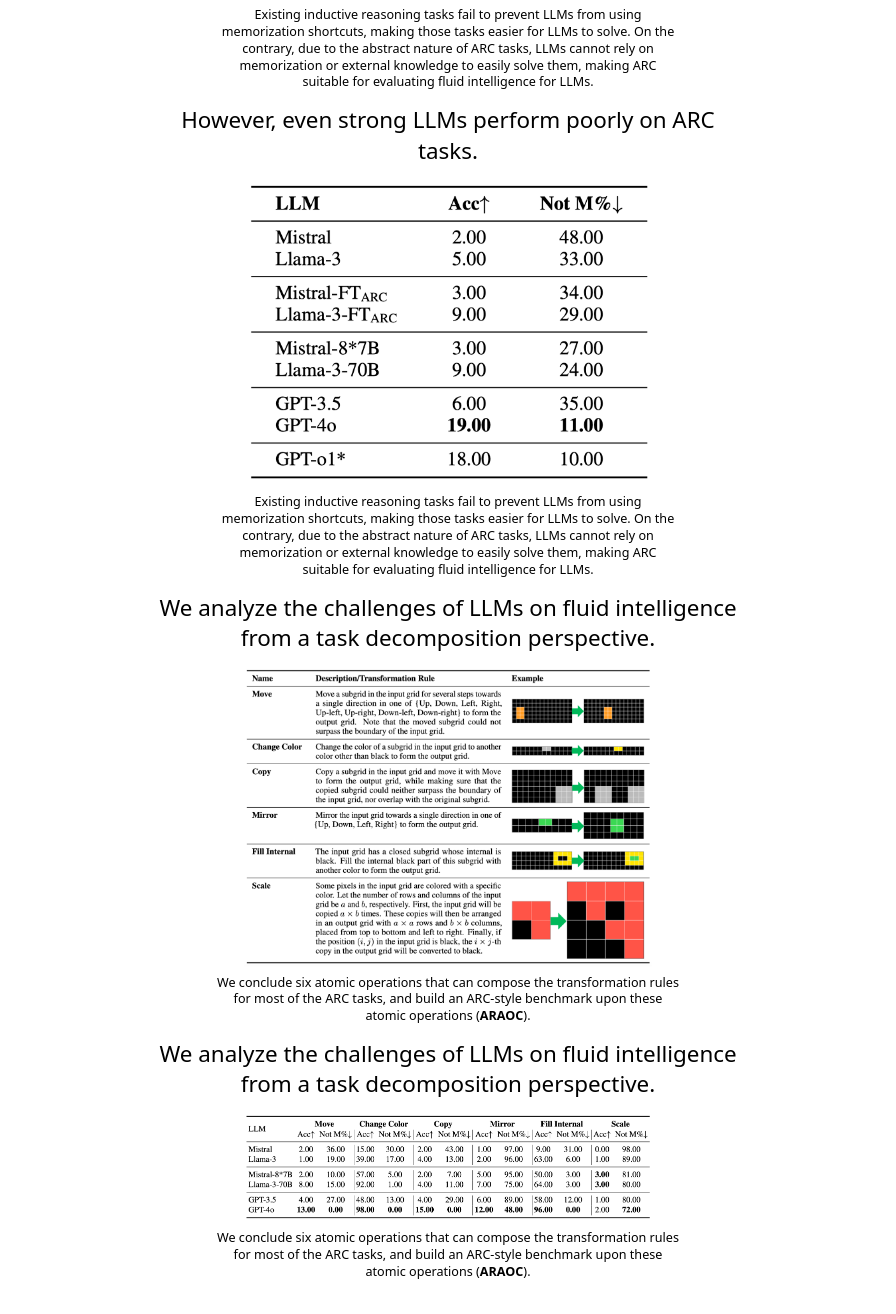
Repository: wujunjie1998/araoc-benchmark.github.io
Page: index.html
An editor plug-in stored every save of this project. The page is shown before and after the next save, followed by the edit.
The browser window is 1280 px wide. The pictures show the part of the page from y = 1129 to 3049 px (the page is 3006 px tall before and 3049 px after), at 70% of full size.

Above is the page before, as saved 2025-02-07 22:22:33.

### index.html
<html>
  <head>
    <title>
      Understanding LLMs’ Fluid Intelligence Deficiency: An Analysis of the ARC Task
    </title>
    <link
      rel="icon"
      href="data:[embedded picture, 137 characters]"
    />
    <meta charset="UTF-8" />
    <meta name="viewport" content="width=device-width, initial-scale=1" />
    <link rel="stylesheet" href="./css/index.css" />
  </head>

  <body>
    <div class="header">
      <div class="paper-title">
        Understanding LLMs’ Fluid Intelligence Deficiency:
        <br />
        An Analysis of the ARC Task
      </div>
      <div>
        <!-- * Paper -->
        <span class="link-block">
          <a target="_blank" href="./paper.pdf"
            ><img
              class="badge"
              src="https://img.shields.io/badge/Paper-PDF-red?&labelColor=lightgray&logo=arxiv&logoColor=brown" /><img
          /></a>
        </span>
        <!-- * Dataset -->
        <!--
        <span class="link-block">
          <a
            target="_blank"
            href="https://huggingface.co/datasets/ShunchiZhang/PhysiCo/"
            ><img
              class="badge"
              src="https://img.shields.io/badge/HuggingFace-Dataset-yellow?labelColor=lightgray&logo=huggingface" /><img
          /></a>
        </span>
        -->

        <!-- * Code -->
         <!--
        <span class="link-block">
          <a target="_blank" href="https://github.com/physico-benchmark/physico"
            ><img
              class="badge"
              src="https://img.shields.io/badge/GitHub-Code-gray?labelColor=lightgray&logo=github&logoColor=gray" /><img /></a
        ></span>
        -->
        <!-- * Leaderboard -->
        <!--
        <span class="link-block">
          <a href="./leaderboard.html"
            ><img
              class="badge"
              src="https://img.shields.io/badge/Leaderboard-Visit-blue?labelColor=lightgray&logo=stackblitz&logoColor=367BAF" /><img /></a
        ></span>
        -->
        <!-- * X Threads -->
        <!--
        <span class="link-block">
          <a href="https://x.com/jieeijjie/status/1876713099752861782"
            ><img
              class="badge"
              src="https://img.shields.io/badge/Threads-black?labelColor=lightgray&logo=x&logoColor=gray" /><img /></a
        ></span>
        -->

      </div>
      <div>
        <div class="author-list">
          <span class="author-block"
            ><a href="https://wujunjie1998.github.io/">Junjie Wu</a
            ><sup>1</sup></span
          >
          <span class="author-block"
            ><a href="https://sites.google.com/site/moyunlp/">Mo Yu</a
            ><sup>2</sup></span
          >
          <span class="author-block"
            ><a href="https://lemaoliu.github.io">Lemao Liu</a
            ><sup>2</sup></span
          >
          <span class="author-block"
            ><a href="https://sites.google.com/view/dyyeung">Dit-Yan Yeung</a
            ><sup>1</sup></span
          >
          <span class="author-block"
            ><a href="https://openreview.net/profile?id=~Jie_Zhou8">Jie Zhou</a
            ><sup>2</sup></span
          >
        </div>
        <div class="inst-list">
          <span class="institution-block"><sup>1</sup> Hong Kong University of Science and Technology</span>
          <span class="institution-block"><sup>2</sup> WeChat AI</span>
        </div>
      </div>
    </div>
    <!--
    <div class="teaser">
      <center>
        <img src="./img/teaser.png" />
        <figcaption>
          Illustration of a "Stochastic Parrot 🦜" by our
          <span class="dataset-name">PhysiCo</span> task consisting of both
          <b style="color: #a47b48">low-level</b> and
          <b style="color: #153cf9">high-level</b> subtasks in parallel. For a
          concept <i>Gravity</i>, an LLM can generate its accurate description
          in natural language, but cannot interpret its grid-format
          illustration.
        </figcaption>
      </center>
    </div>
  -->
    <hr />

    <!-- ^ Summary of Our Research -->
    <center><h1>Summary of Our Research</h1></center>
    <div class="content">
      <!-- <p style="font-size: large; text-align: center">
        <b>TL;DR:</b>
      </p> -->
      <p>
        While LLMs have exhibited strong performance on various NLP tasks, it is noteworthy that most of these tasks rely on utilizing the vast amount of knowledge encoded in LLMs’ parameters, rather than solving new problems without prior knowledge. In cognitive research, the latter ability is referred to as <strong>fluid intelligence</strong>, which is considered to be critical for assessing human intelligence. Recent research on fluid intelligence assessments has highlighted significant deficiencies in LLMs’ abilities. In this paper, we analyze the challenges LLMs face in demonstrating fluid intelligence through controlled experiments, using the most representative ARC task as an example. Our study revealed three major limitations in existing LLMs:
      </p>
      <ol>
        <li>limited ability for skill composition;</li>
        <li>
          unfamiliarity with abstract input formats;
        </li>
        <li>
          the intrinsic deficiency of left-to-right decoding.
        </li>
      </ol>
    </div>


    <!-- ^ Our Studies and Findings -->
    <center><h1>The Abstraction and Reasoning Challenge (ARC) is suitable for evaluating fluid intelligence for LLMs.</h1></center>
    <div class="content">
      <!-- <p>Foo Bar</p> -->
      <center>
        <img src="./img/fluid1.png" width="70%" />
        <figcaption style="text-align: center">
          Existing inductive reasoning tasks fail to prevent LLMs from using memorization shortcuts, making those tasks easier for LLMs to solve. On the contrary, due to the abstract nature of ARC tasks, LLMs cannot rely on memorization or external knowledge to easily solve them, making ARC suitable for evaluating fluid intelligence for LLMs.
        </figcaption>
      </center>
    </div>


    <!-- ^ Our Studies and Findings -->
    <center><h1>However, even strong LLMs perform poorly on ARC tasks.</h1></center>
    <div class="content">
      <!-- <p>Foo Bar</p> -->
      <center>
        <img src="./img/fluid2.png" width="70%" />
        <figcaption style="text-align: center">
          Existing inductive reasoning tasks fail to prevent LLMs from using memorization shortcuts, making those tasks easier for LLMs to solve. On the contrary, due to the abstract nature of ARC tasks, LLMs cannot rely on memorization or external knowledge to easily solve them, making ARC suitable for evaluating fluid intelligence for LLMs.
        </figcaption>
      </center>
    </div>

    <!-- ^ Our Studies and Findings -->
    <center><h1>We analyze the challenges of LLMs on fluid intelligence from a task decomposition perspective. </h1></center>
    <div class="content">
      <!-- <p>Foo Bar</p> -->
      <center>
        <img src="./img/fluid3.png" width="70%" />
        <figcaption style="text-align: center">
          We conclude six atomic operations that can compose the transformation rules for most of the ARC tasks, and build an ARC-style benchmark upon these atomic operations (<strong>ARAOC</strong>).
        </figcaption>
      </center>
    </div>

    <!-- ^ Our Studies and Findings -->
    <center><h1>We analyze the challenges of LLMs on fluid intelligence from a task decomposition perspective. </h1></center>
    <div class="content">
      <!-- <p>Foo Bar</p> -->
      <center>
        <img src="./img/fluid4.png" width="70%" />
        <figcaption style="text-align: center">
          We conclude six atomic operations that can compose the transformation rules for most of the ARC tasks, and build an ARC-style benchmark upon these atomic operations (<strong>ARAOC</strong>).
        </figcaption>
      </center>
    </div>

  </body>
</html>

### css/index.css
@import url("https://fonts.googleapis.com/css2?family=Noto+Sans:ital,wght@0,100..900;1,100..900&display=swap");

body {
  font-family: "Noto Sans", sans-serif;
  font-optical-sizing: auto;
  font-style: normal;
  font-variation-settings: "wdth" 100;
  font-weight: 400;
  font-size: 18px;
  margin: 50px auto;
  width: 65%;
}

div.header,
div.teaser,
div.content {
  margin-left: auto;
  margin-right: auto;
}

div.narrower {
  width: 80% !important;
}

div.header div {
  margin: 6px;
  text-align: center;
}

div.teaser img {
  max-width: 60%;
}

.paper-title {
  font-size: 36px;
}

.author-block {
  font-size: 20px;
  margin: 0px 12px;
}

.institution-block {
  font-size: 16px;
  margin: 0px 10px;
}

.note-block {
  color: gray;
  font-size: 16px;
}

.link-block {
  font-size: 24px;
  font-weight: bold;
  margin: 0px 5px;
}

.badge {
  width: auto;
  height: 2vw;
}

.dataset-name {
  font-weight: bold;
  color: #81a526;
}

h1 {
  font-size: 32px;
  font-weight: 300;
}

.disclaimerbox {
  background-color: #eee;
  border: 1px solid #eeeeee;
  border-radius: 10px;
  -moz-border-radius: 10px;
  -webkit-border-radius: 10px;
  padding: 20px;
}

video.header-vid {
  height: 140px;
  border: 1px solid black;
  border-radius: 10px;
  -moz-border-radius: 10px;
  -webkit-border-radius: 10px;
}

figcaption {
  margin: 10px 0px;
  width: 80%;
  text-align: left;
}

img.header-img {
  height: 140px;
  border: 1px solid black;
  border-radius: 10px;
  -moz-border-radius: 10px;
  -webkit-border-radius: 10px;
}

img.rounded {
  border: 1px solid #eeeeee;
  border-radius: 10px;
  -moz-border-radius: 10px;
  -webkit-border-radius: 10px;
}

a:link,
a:visited {
  color: #1367a7;
  text-decoration: none;
}
a:hover {
  color: #208799;
}

td.dl-link {
  height: 160px;
  text-align: center;
  font-size: 22px;
}

.vert-cent {
  position: relative;
  top: 50%;
  transform: translateY(-50%);
}

hr {
  border: 0;
  height: 1px;
  background-image: linear-gradient(
    to right,
    rgba(0, 0, 0, 0),
    rgba(0, 0, 0, 0.75),
    rgba(0, 0, 0, 0)
  );
}

.citation {
  text-align: left;
  font-family: monospace;
  font-size: 8pt;
  text-wrap: auto;
}

@media screen and (max-width: 1120px) {
  body {
    font-size: 16px;
    width: 90%;
  }
  div.teaser img {
    max-width: 100%;
  }
  .paper-title {
    font-size: 26px;
  }
  .author-block,
  .institution-block,
  .note-block {
    font-size: 14px;
  }
  .link-block {
    font-size: 20px;
  }
  .badge {
    width: auto;
    height: 28px;
    margin-top: 3px;
    margin-bottom: 3px;
  }
  h1 {
    font-size: 26px;
  }
}

After the next save:
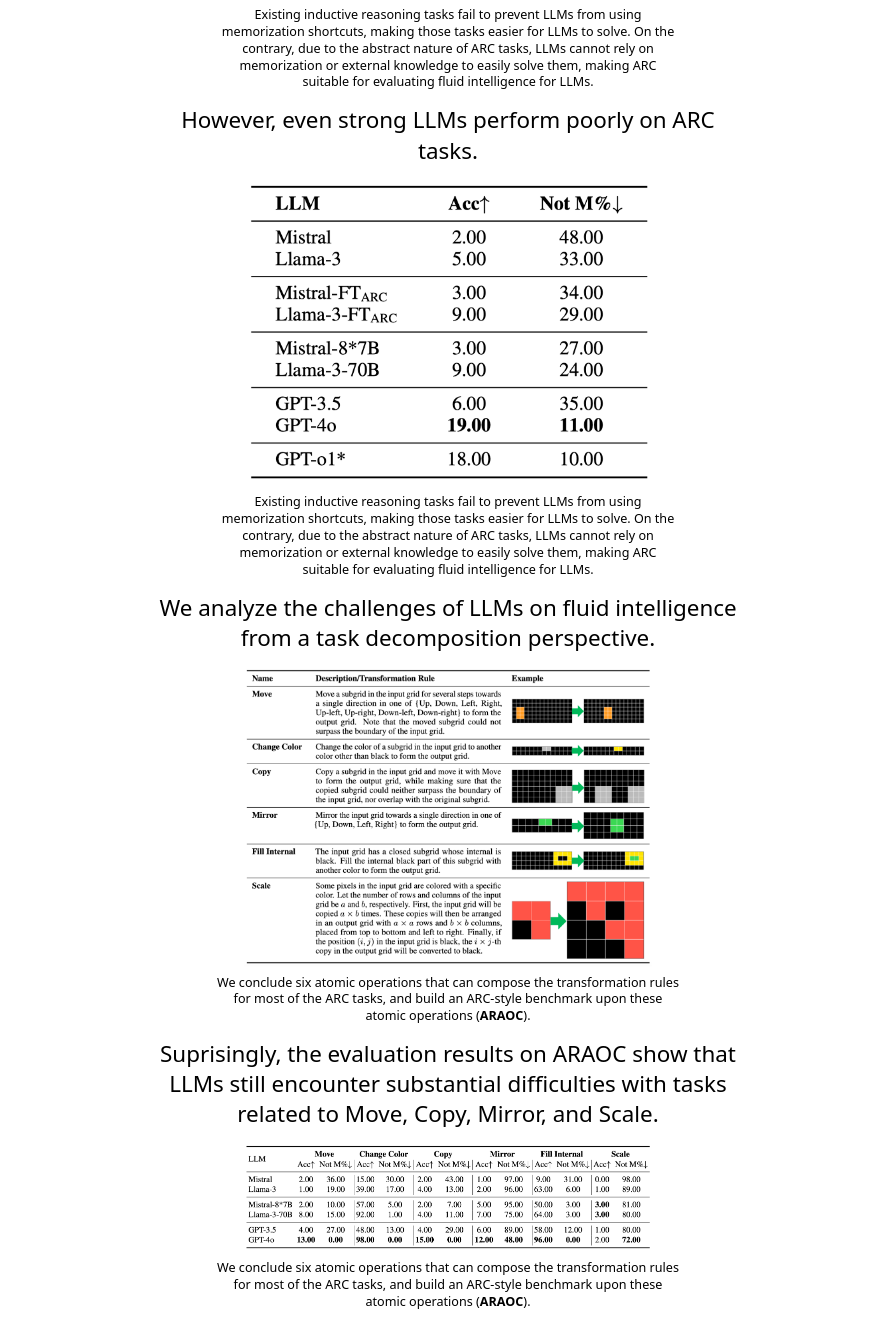
Saved 71 s later.
--- a/index.html
+++ b/index.html
@@ -176,7 +176,7 @@
     </div>
 
     <!-- ^ Our Studies and Findings -->
-    <center><h1>We analyze the challenges of LLMs on fluid intelligence from a task decomposition perspective. </h1></center>
+    <center><h1>Suprisingly, the evaluation results on ARAOC show that LLMs still encounter substantial difficulties with tasks related to Move, Copy, Mirror, and Scale.</h1></center>
     <div class="content">
       <!-- <p>Foo Bar</p> -->
       <center>
